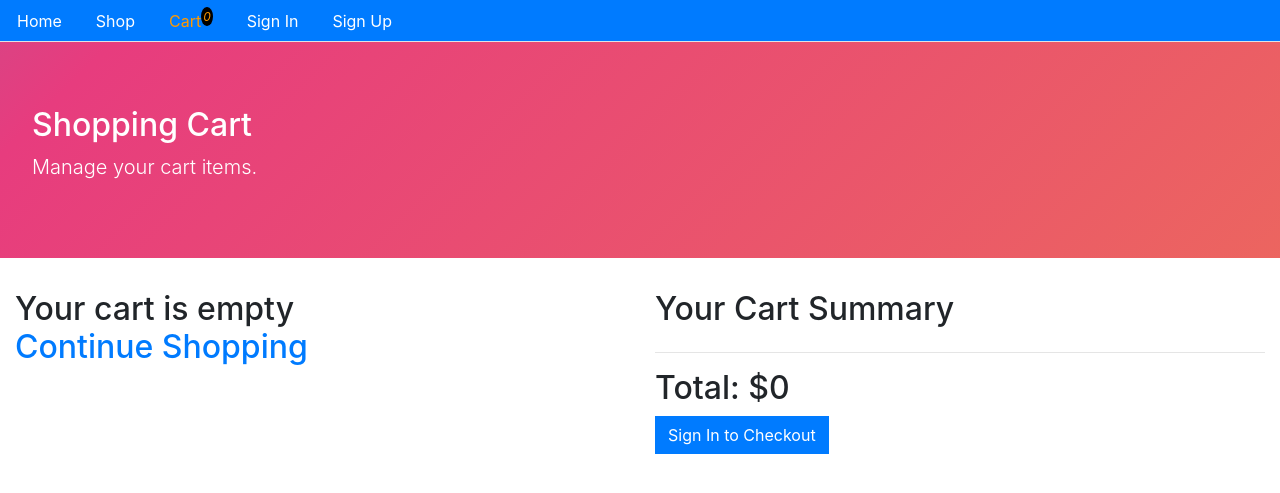
Repository: pragnyatata/Ecommerce
Page: /cart (app in ecommerce-front/)
These files come from the project's save history. The page is drawn as it stood at one moment and after the next save; the edit follows.
The browser window is 1280 px wide. The pictures show the whole page.
The project was rebuilt for these pictures with package versions that can differ from the ones it lists, and the page was loaded fresh each time. Also part of the build but not shown: ecommerce-front/src/user/Signup.js, ecommerce-front/src/user/Signin.js, ecommerce-front/src/core/ShowImage.js, ecommerce-front/src/core/Card.js, ecommerce-front/src/core/Search.js, ecommerce-front/src/core/Home.js, ecommerce-front/src/auth/PrivateRoute.js, ecommerce-front/src/user/UserDashboard.js and 10 more.

Above is the page before, as saved 2020-01-23 01:53:22.

### ecommerce-front/public/index.html
<!DOCTYPE html>
<html lang="en">
  <head>
    <meta charset="utf-8" />
    <link rel="icon" href="%PUBLIC_URL%/favicon.ico" />
    <meta name="viewport" content="width=device-width, initial-scale=1" />
    <meta name="theme-color" content="#000000" />
    <meta
      name="description"
      content="Web site created using create-react-app"
    />
    <link rel="apple-touch-icon" href="%PUBLIC_URL%/logo192.png" />
    <link rel="manifest" href="%PUBLIC_URL%/manifest.json" />
    <link
      rel="stylesheet"
      href="https://maxcdn.bootstrapcdn.com/bootstrap/4.0.0/css/bootstrap.min.css"
      integrity="sha384-Gn5384xqQ1aoWXA+058RXPxPg6fy4IWvTNh0E263XmFcJlSAwiGgFAW/dAiS6JXm"
      crossorigin="anonymous"
    />

    <title>React App</title>
  </head>
  <body>
    <noscript>You need to enable JavaScript to run this app.</noscript>
    <div id="root"></div>
  </body>
</html>

### ecommerce-front/src/index.js
import React from "react";
import ReactDOM from "react-dom";
// import App from "./App";
import Routes from "./Routes";
ReactDOM.render(<Routes />, document.getElementById("root"));

### ecommerce-front/src/Routes.js
import React, { Component } from "react";
import { BrowserRouter, Switch, Route } from "react-router-dom";
import Signup from "./user/Signup";
import Signin from "./user/Signin";
import Home from "./core/Home";
import PrivateRoute from "./auth/PrivateRoute";
import Dashboard from "./user/UserDashboard";
import AdminDashboard from "./user/AdminDashboard";
import AdminRoute from "./auth/AdminRoute";
import AddCategory from "./admin/AddCategory";
import AddProduct from "./admin/AddProduct";
import Shop from "./core/Shop";
import Product from "./core/Product";
import Cart from "./core/Cart";
const Routes = () => {
  return (
    <BrowserRouter>
      <Switch>
        <Route path="/" exact component={Home} />
        <Route path="/shop" exact component={Shop} />
        <Route path="/cart" exact component={Cart} />

        <Route path="/signin" exact component={Signin} />
        <Route path="/signup" exact component={Signup} />
        <Route path="/product/:productId" exact component={Product} />
        <PrivateRoute path="/user/dashboard" exact component={Dashboard} />
        <AdminRoute path="/admin/dashboard" exact component={AdminDashboard} />
        <AdminRoute path="/create/category" exact component={AddCategory} />
        <AdminRoute path="/create/product" exact component={AddProduct} />
      </Switch>
    </BrowserRouter>
  );
};
export default Routes;

### ecommerce-front/src/core/Cart.js
import React, { useState, useEffect } from "react";
import Layout from "./Layout";
import { getProducts } from "./apiCore";
import Card from "./Card";
import { getCart, removeItem } from "./cartHelpers";
import { Link } from "react-router-dom";
import Checkout from "./Checkout";

const Cart = () => {
  const [items, setItems] = useState([]);
  const [run, setRun] = useState(false);

  useEffect(() => {
    setItems(getCart());
  }, [run]);
  const showItems = items => {
    return (
      <div>
        <h2>{`Your cart has ${items.length} items`}</h2>
        <hr />
        {items.map((product, i) => (
          <Card
            key={i}
            product={product}
            showAddToCart={false}
            cartUpdate={true}
            showRemoveProduct={true}
            setRun={setRun}
            run={run}
          ></Card>
        ))}
      </div>
    );
  };
  const noItemsMessage = () => {
    return (
      <h2>
        Your cart is empty
        <br /> <Link to="/shop">Continue Shopping</Link>
      </h2>
    );
  };
  return (
    <Layout
      title="Shopping Cart"
      description="Manage your cart items."
      className="container-fluid"
    >
      <div className="row">
        <div className="col-6">
          {items.length > 0 ? showItems(items) : noItemsMessage()}
        </div>
        <div className="col-6">
          <h2 className="mb-4">Your Cart Summary</h2>
          <hr />
          <Checkout products={items}></Checkout>
        </div>
      </div>
    </Layout>
  );
};
export default Cart;

### ecommerce-front/src/core/Layout.js
import React from "react";
import Menu from "./Menu";
import "../styles.css";
const Layout = ({
  title = "Title",
  description = "Description",
  className,
  children
}) => (
  <div>
    <Menu />
    <div className="jumbotron">
      <h2>{title}</h2>
      <p className="lead">{description}</p>
    </div>
    <div className={className}>{children}</div>
  </div>
);
export default Layout;

### ecommerce-front/src/auth/index.js
import { API } from "../config";

export const signup = user => {
  return fetch(`${API}/signup`, {
    method: "POST",
    dataType: "json",
    headers: {
      Accept: "application/json",
      "Content-Type": "application/json"
    },
    body: JSON.stringify(user)
  })
    .then(response => response.json())
    .then(response => {
      return response;
    })
    .catch(err => console.log(err));
};
export const signin = user => {
  return fetch(`${API}/signin`, {
    method: "POST",
    dataType: "json",
    headers: {
      Accept: "application/json",
      "Content-Type": "application/json"
    },
    body: JSON.stringify(user)
  })
    .then(response => response.json())
    .then(response => {
      return response;
    })
    .catch(err => console.log(err));
};
export const authenticate = (data, next) => {
  if (typeof window !== "undefined")
    localStorage.setItem("jwt", JSON.stringify(data));
  next();
};
export const signout = next => {
  if (typeof window !== "undefined") {
    localStorage.removeItem("jwt");
    next();
    return fetch(`${API}/signout`, {
      method: "GET"
    })
      .then(response => {
        console.log("signout", response);
      })
      .catch(err => console.log(err));
  }
};
export const isAuthenticated = () => {
  if (typeof window === "undefined") {
    return false;
  }
  if (localStorage.getItem("jwt")) {
    return JSON.parse(localStorage.getItem("jwt"));
  } else return false;
};

### ecommerce-front/src/core/apiCore.js
import { API } from "../config";
import queryString from "query-string";
export const getProducts = sortBy => {
  return fetch(`${API}/products?sortBy=${sortBy}&order=desc&limit=6`, {
    method: "GET"
  })
    .then(response => response.json())
    .then(response => {
      console.log(response);
      return response;
    })
    .catch(err => console.log(err));
};
export const getCategories = () => {
  return fetch(`${API}/categories`, {
    method: "GET"
  })
    .then(response => response.json())
    .then(response => {
      return response;
    })
    .catch(err => console.log(err));
};
export const getFilteredProducts = (skip, limit, filters = {}) => {
  const data = { limit, skip, filters };
  return fetch(`${API}/products/by/search`, {
    method: "POST",
    dataType: "json",
    headers: {
      Accept: "application/json",
      "Content-Type": "application/json"
    },
    body: JSON.stringify(data)
  })
    .then(response => response.json())
    .then(response => {
      return response;
    })
    .catch(err => console.log(err));
};
export const list = params => {
  const query = queryString.stringify(params);
  console.log(query);
  return fetch(`${API}/products/search?${query}`, {
    method: "GET"
  })
    .then(response => response.json())
    .then(response => {
      console.log(response);
      return response;
    })
    .catch(err => console.log(err));
};
export const read = productId => {
  return fetch(`${API}/product/${productId}`, {
    method: "GET"
  })
    .then(response => response.json())
    .then(response => {
      return response;
    })
    .catch(err => console.log(err));
};
export const listRelated = productId => {
  return fetch(`${API}/products/related/${productId}`, {
    method: "GET"
  })
    .then(response => response.json())
    .then(response => {
      return response;
    })
    .catch(err => console.log(err));
};

### ecommerce-front/src/core/cartHelpers.js
export const addItem = (item = [], next) => {
  let cart = [];
  if (typeof window !== "undefined") {
    if (localStorage.getItem("cart")) {
      cart = JSON.parse(localStorage.getItem("cart"));
    }
    if (cart.length > 0) {
      let index = -1;
      for (var i = 0; i < cart.length; i++) {
        if (cart[i]._id === item._id) {
          index = i;
        }
      }
      console.log(index);
      if (index === -1) cart.push({ ...item, count: 1 });
      else cart[index].count = cart[index].count + 1;
    } else {
      cart.push({ ...item, count: 1 });
    }
    console.log(cart);

    localStorage.setItem("cart", JSON.stringify(cart));
    next();
  }
};
export const itemTotal = () => {
  if (typeof window !== "undefined") {
    if (localStorage.getItem("cart")) {
      return JSON.parse(localStorage.getItem("cart")).length;
    }
  }
  return 0;
};
export const getCart = () => {
  if (typeof window !== "undefined") {
    if (localStorage.getItem("cart")) {
      return JSON.parse(localStorage.getItem("cart"));
    }
  }
  return [];
};
export const updateItem = (productId, count) => {
  let cart = [];
  if (typeof window !== "undefined") {
    if (localStorage.getItem("cart")) {
      cart = JSON.parse(localStorage.getItem("cart"));
    }
    cart.map((product, i) => {
      if (product._id === productId) cart[i].count = count;
    });
    localStorage.setItem("cart", JSON.stringify(cart));
  }
};
export const removeItem = productId => {
  let cart = [];
  if (typeof window !== "undefined") {
    if (localStorage.getItem("cart")) {
      cart = JSON.parse(localStorage.getItem("cart"));
    }
    cart.map((product, i) => {
      if (product._id === productId) cart.splice(cart[i], 1);
    });
    localStorage.setItem("cart", JSON.stringify(cart));
  }
  return cart;
};

### ecommerce-front/src/core/Checkout.js
import React, { useState, useEffect } from "react";
import Layout from "./Layout";
import { getProducts } from "./apiCore";
import Card from "./Card";
import { isAuthenticated } from "../auth";
import { Link } from "react-router-dom";
const Checkout = ({ products }) => {
  const getTotal = () => {
    return products.reduce((currentValue, nextValue) => {
      return currentValue + nextValue.count * nextValue.price;
    }, 0);
  };
  return (
    <div>
      <h2> Total: ${getTotal()}</h2>
      {isAuthenticated() ? (
        <button className="btn btn-success">Checkout</button>
      ) : (
        <Link to="/signin">
          <button className="btn btn-primary">Sign In to Checkout</button>
        </Link>
      )}
    </div>
  );
};
export default Checkout;

### ecommerce-front/src/core/Menu.js
import React, { Fragment } from "react";
import { Link, withRouter } from "react-router-dom";
import { signout, isAuthenticated } from "../auth";
import { itemTotal } from "./cartHelpers";
const isActive = (history, path) => {
  if (history.location.pathname === path) return { color: "#ff9900" };
  return { color: "#ffffff" };
};

const Menu = ({ history }) => (
  <div>
    <ul className="nav nav-tabs bg-primary">
      <li className="nav-item">
        <Link className="nav-link" style={isActive(history, "/")} to="/">
          Home
        </Link>
      </li>
      <li className="nav-item">
        <Link
          className="nav-link"
          style={isActive(history, "/shop")}
          to="/shop"
        >
          Shop
        </Link>
      </li>
      <li className="nav-item">
        <Link
          className="nav-link"
          style={isActive(history, "/cart")}
          to="/cart"
        >
          Cart
          <sup>
            <small className="cart-badge">{itemTotal()}</small>
          </sup>
        </Link>
      </li>
      {!isAuthenticated() && (
        <Fragment>
          <li className="nav-item">
            <Link
              className="nav-link"
              style={isActive(history, "/signin")}
              to="/signin"
            >
              Sign In{" "}
            </Link>
          </li>
          <li className="nav-item">
            <Link
              className="nav-link"
              style={isActive(history, "/signup")}
              to="/signup"
            >
              Sign Up
            </Link>
          </li>
        </Fragment>
      )}
      {isAuthenticated() && (
        <li className="nav-item">
          <span
            className="nav-link"
            style={{ cursor: "pointer", color: "#ffffff" }}
            onClick={() =>
              signout(() => {
                history.push("/");
              })
            }
          >
            Sign Out
          </span>
        </li>
      )}
      {isAuthenticated() && isAuthenticated().user.role === 0 && (
        <li className="nav-item">
          <Link
            className="nav-link"
            style={isActive(history, "/user/dashboard")}
            to="/user/dashboard"
          >
            Dashboard
          </Link>
        </li>
      )}
      {isAuthenticated() && isAuthenticated().user.role === 1 && (
        <li className="nav-item">
          <Link
            className="nav-link"
            style={isActive(history, "/admin/dashboard")}
            to="/admin/dashboard"
          >
            Dashboard
          </Link>
        </li>
      )}
    </ul>
  </div>
);
export default withRouter(Menu);

### ecommerce-front/src/styles.css
.btn,
.jumbotron,
.nav:hover {
  border-radius: 0px;
}

/* product image on card */

.product-img {
  min-height: 100px;
}
.jumbotron {
  width: 30wh;
  height: 30vh;
  color: #fff;
  background: linear-gradient(-45deg, #ee7752, #e73c7e, #23a6d5, #23d5ab);
  background-size: 400% 400%;
  -webkit-animation: Gradient 15s ease infinite;
  -moz-animation: Gradient 15s ease infinite;
  animation: Gradient 15s ease infinite;
}

@-webkit-keyframes Gradient {
  0% {
    background-position: 0% 50%;
  }
  50% {
    background-position: 100% 50%;
  }
  100% {
    background-position: 0% 50%;
  }
}

@-moz-keyframes Gradient {
  0% {
    background-position: 0% 50%;
  }
  50% {
    background-position: 100% 50%;
  }
  100% {
    background-position: 0% 50%;
  }
}

@keyframes Gradient {
  0% {
    background-position: 0% 50%;
  }
  50% {
    background-position: 100% 50%;
  }
  100% {
    background-position: 0% 50%;
  }
}
/* single product page */
.name {
  background: indigo;
  color: #fff;
  font-weight: bold;
}

.black-10 {
  background: #f2f2f2;
}
.black-9 {
  background: #e6e6e6;
}
.black-8 {
  background: #d9d9d9;
}
.black-7 {
  background: #cccccc;
}
.black-6 {
  background: #bfbfbf;
}
.black-5 {
  background: #b3b3b3;
}

.cart-badge,
.cart-badge:hover {
  border-radius: 50%;
  padding: 2px;
  font-size: 12px;
  font-style: italic;
  background: black;
}

### ecommerce-front/src/config.js
export const API = "http://localhost:8000/api";

After the next save:
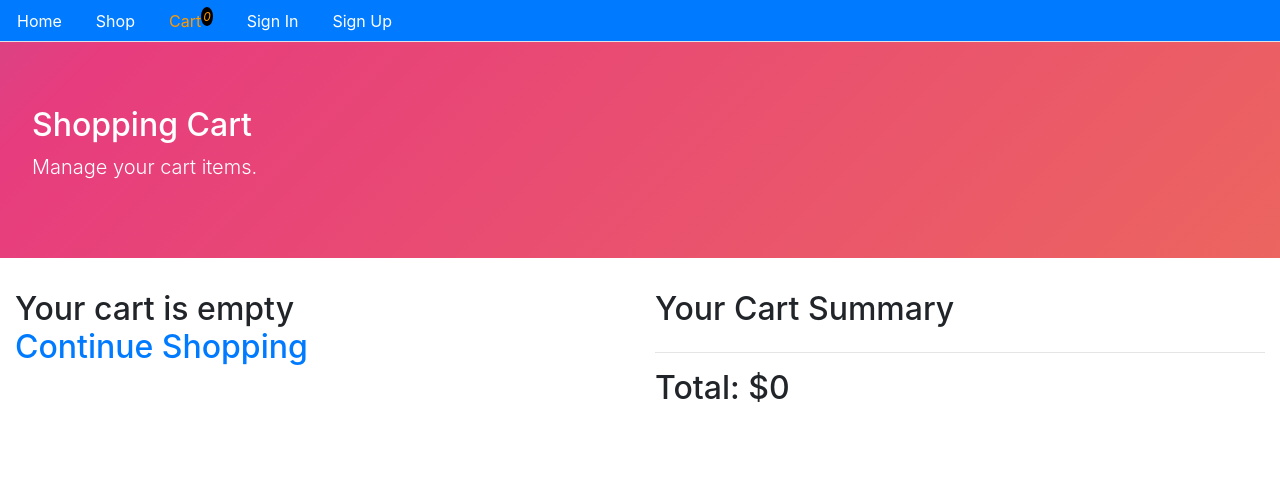
Saved 2 min 36 s later.
--- a/ecommerce-front/src/core/Checkout.js
+++ b/ecommerce-front/src/core/Checkout.js
@@ -10,16 +10,18 @@
       return currentValue + nextValue.count * nextValue.price;
     }, 0);
   };
+  const showCheckout = () => {
+    return isAuthenticated() ? (
+      <button className="btn btn-success">Checkout</button>
+    ) : (
+      <Link to="/signin">
+        <button className="btn btn-primary">Sign In to Checkout</button>
+      </Link>
+    );
+  };
   return (
     <div>
       <h2> Total: ${getTotal()}</h2>
-      {isAuthenticated() ? (
-        <button className="btn btn-success">Checkout</button>
-      ) : (
-        <Link to="/signin">
-          <button className="btn btn-primary">Sign In to Checkout</button>
-        </Link>
-      )}
     </div>
   );
 };

After the save that followed:
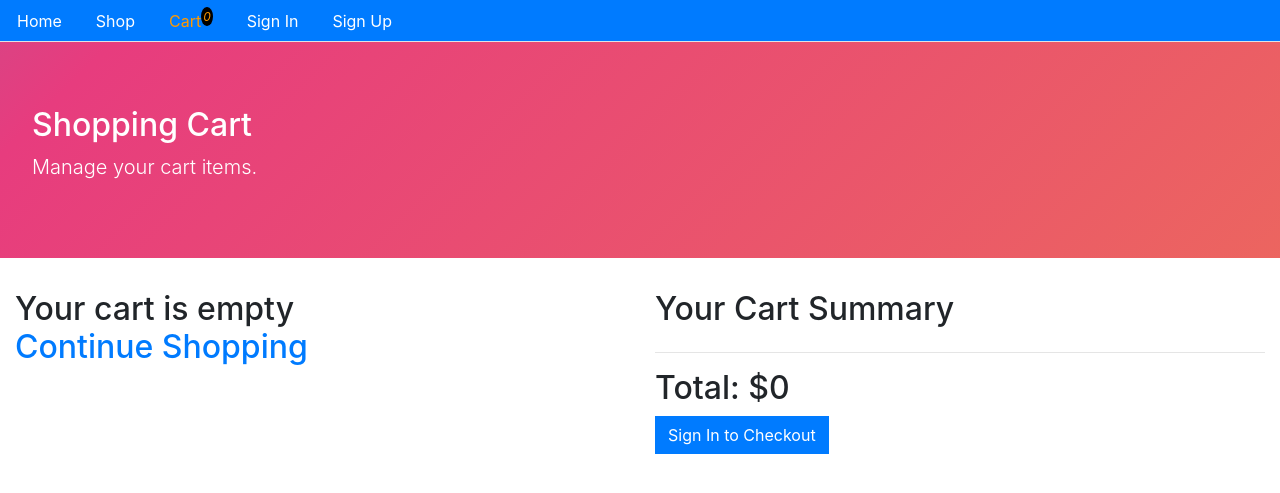
Saved 16 s later.
--- a/ecommerce-front/src/core/Checkout.js
+++ b/ecommerce-front/src/core/Checkout.js
@@ -22,6 +22,7 @@
   return (
     <div>
       <h2> Total: ${getTotal()}</h2>
+      {showCheckout()}
     </div>
   );
 };
